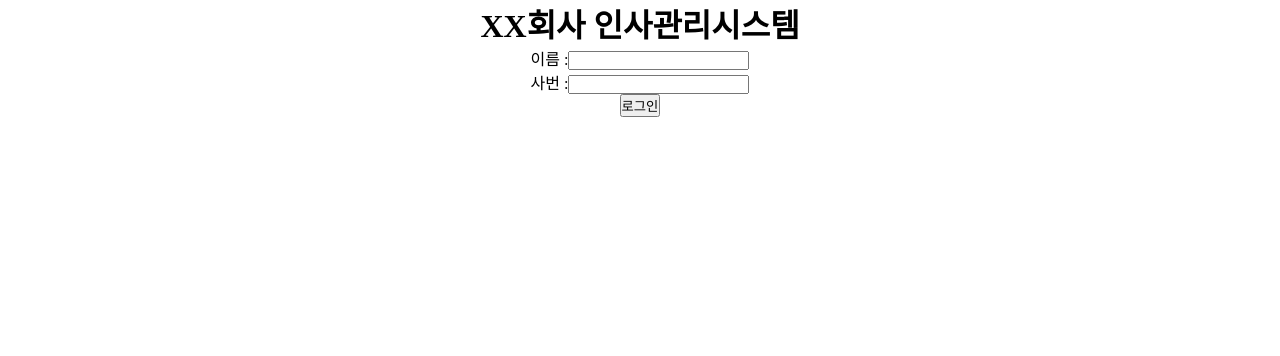
Repository: BangHoJung/jsp2
Page: http://localhost/EmployeeProject/login.jsp
An editor plug-in stored every save of this project. The page is shown before and after the next save, followed by the edit.
The browser window is 1280 px wide. The pictures show the whole page.
The page is served by Tomcat 9.

Above is the page before, as saved 2021-01-15 06:26:15.

After the next save:
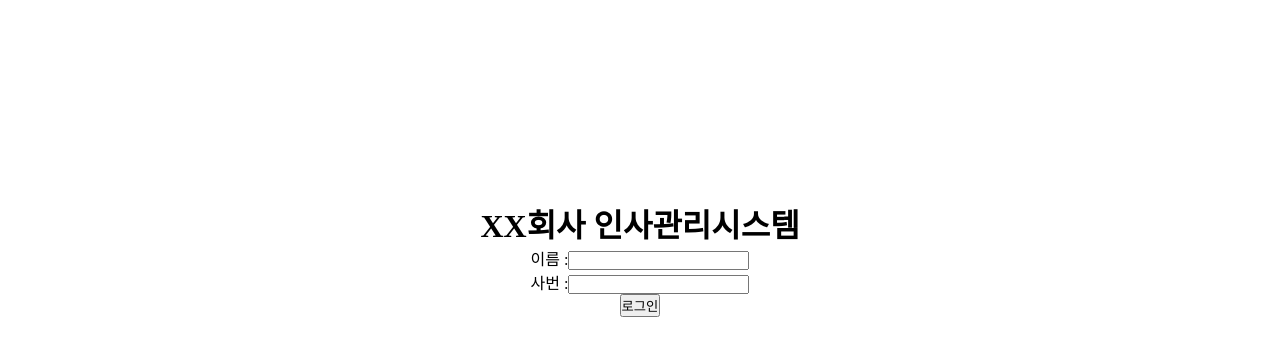
Saved 7 s later.
--- a/EmployeeProject/WebContent/login.jsp
+++ b/EmployeeProject/WebContent/login.jsp
@@ -15,6 +15,7 @@
 		width:500px;
 		margin:0 auto;
 		text-align: center;
+		margin-top: 200px;
 	}
 
 </style>
